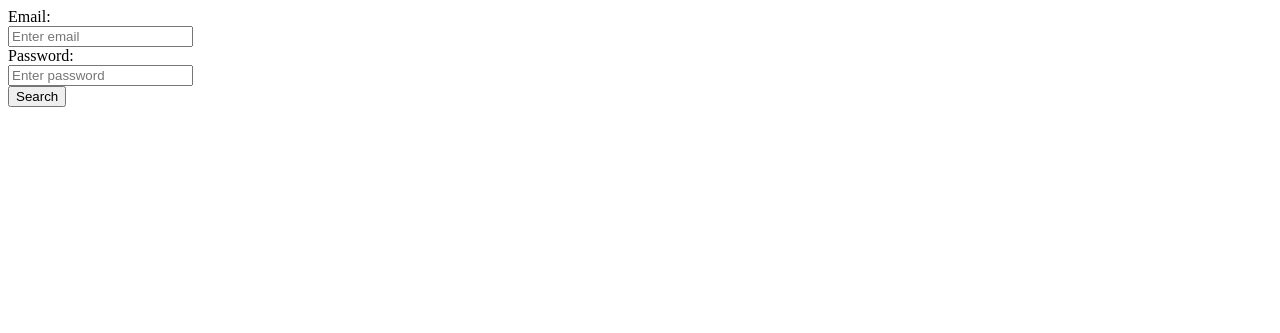
Repository: iancwwong/DigitalBibliographicalLibrary
Page: http://localhost/DigitalBibliographicLibrary/include/advancedsearch.jsp
An editor plug-in stored every save of this project. The page is shown before and after the next save, followed by the edit.
The browser window is 1280 px wide. The pictures show the whole page.
The page is served by Tomcat 9.

Above is the page before, as saved 2016-08-29 23:41:17.

After the next save:
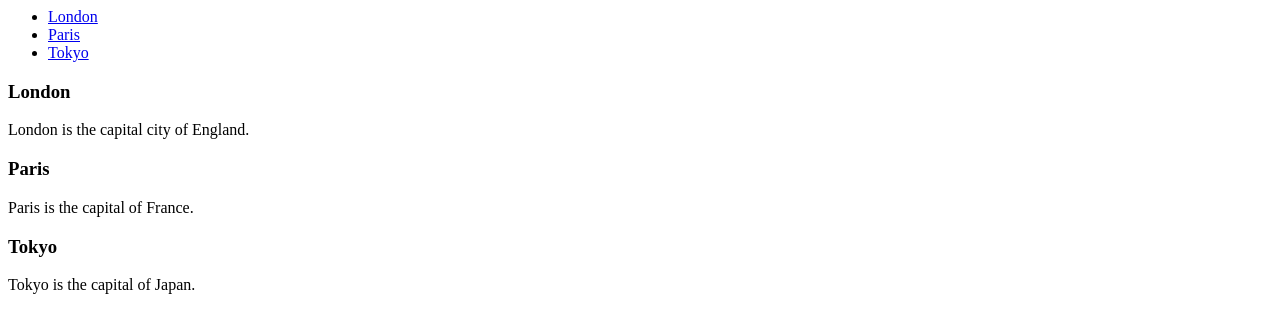
Saved 2 min 26 s later.
--- a/DigitalBibliographicLibrary/WebContent/include/advancedsearch.jsp
+++ b/DigitalBibliographicLibrary/WebContent/include/advancedsearch.jsp
@@ -1,25 +1,24 @@
 <div class="container">
-	<form class="form-horizontal">
-		<div class="form-group">
-			<label class="control-label col-sm-2" for="email">Email:</label>
-		    <div class="col-sm-10">
-				<input type="email" class="form-control" id="email" placeholder="Enter email">
-			</div>
-		</div>
-		<div class="form-group">
-			<label class="control-label col-sm-2" for="pwd">Password:</label>
-			<div class="col-sm-10">
-				<input type="password" class="form-control" id="pwd" placeholder="Enter password">
-			</div>
-		</div>
-		<div class="form-group">
-			<div class="col-sm-offset-2 col-sm-10">
-				<input type='hidden' name="action" value="searchAdvancedFields"/>
-				<button type="submit" class="btn btn-primary">
-					Search
-					<span class="glyphicon glyphicon-search" aria-hidden="true"></span>
-				</button>
-		    </div>
-		</div>
-	</form>
+
+	<ul class="tab">
+		<li><a href="#" class="tablinks" onclick="openCity(event, 'London')">London</a></li>
+		<li><a href="#" class="tablinks" onclick="openCity(event, 'Paris')">Paris</a></li>
+		<li><a href="#" class="tablinks" onclick="openCity(event, 'Tokyo')">Tokyo</a></li>
+	</ul>
+
+	<div id="London" class="tabcontent">
+		<h3>London</h3>
+		<p>London is the capital city of England.</p>
+	</div>
+
+	<div id="Paris" class="tabcontent">
+		<h3>Paris</h3>
+		<p>Paris is the capital of France.</p>
+	</div>
+
+	<div id="Tokyo" class="tabcontent">
+		<h3>Tokyo</h3>
+		<p>Tokyo is the capital of Japan.</p>
+	</div>
+
 </div>
